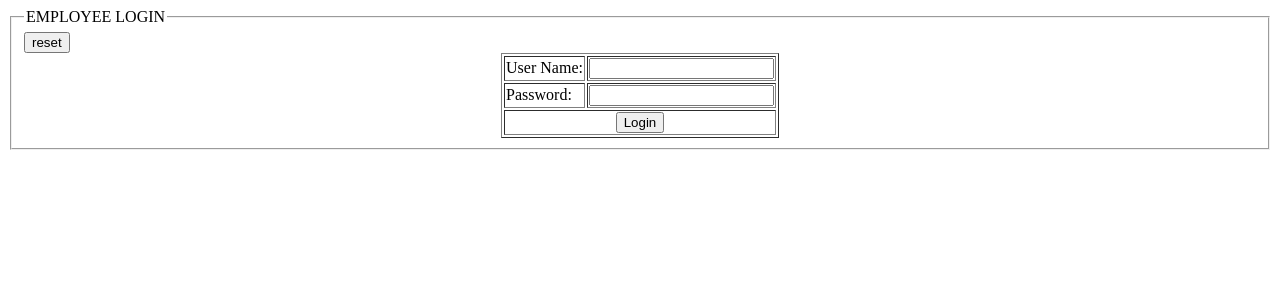
Repository: avinashporwal2607/Manthan-ELF-16th-October-Avinash-Porwal
Page: http://localhost/empwebapp/Jsp/login.jsp
The author's editor kept a copy of each file at every save. The page is drawn from the files as they stood at one save, then again after the next save.
The browser window is 1280 px wide. The pictures show the whole page.
The page is served by Tomcat 9.

Above is the page before, as saved 2019-11-22 11:48:15.

After the next save:
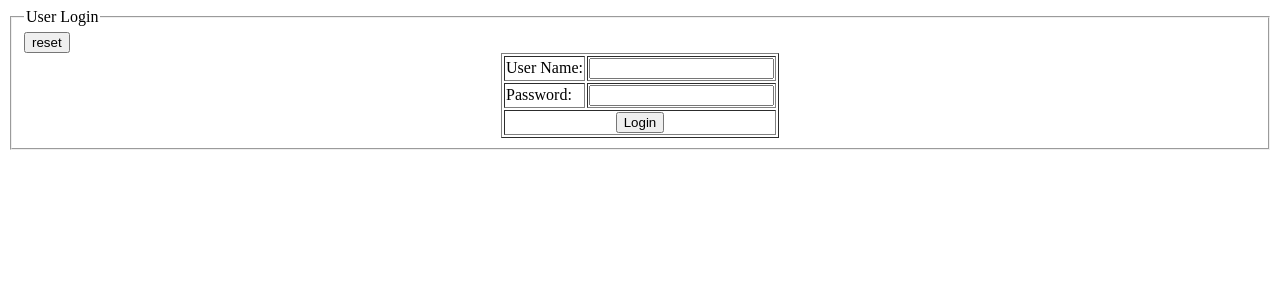
Saved 3 min 18 s later.
--- a/WORKSPACE/empwebapp/WebContent/Jsp/login.jsp
+++ b/WORKSPACE/empwebapp/WebContent/Jsp/login.jsp
@@ -5,14 +5,14 @@
 <html>
 <head>
 <meta charset="ISO-8859-1">
-<title>Insert title here</title>
+<title>Login page</title>
 </head>
 <body>
 <%if(msg!=null) { %>
 <%=msg %>
 <%} %>
 <fieldset>
-<legend>EMPLOYEE LOGIN</legend>
+<legend>User Login</legend>
 <form method='POST' action='./login'>
 
 		<table border="1" align='center'>
@@ -29,6 +29,7 @@
 				<td colspan="3" align="center">
 				<input type=submit value='Login'></td>
 				<input type="reset" value='reset'>
+				<a href=""></a>
 			</tr>
 		</table>
 </form>
